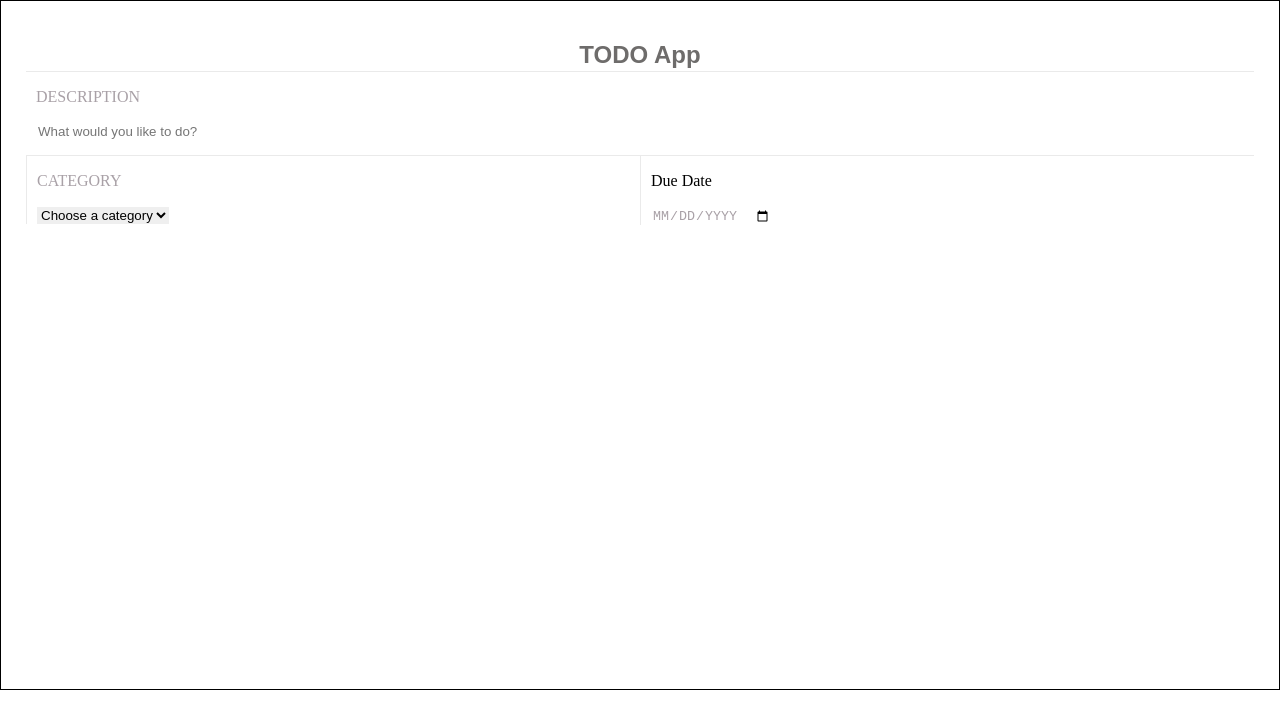
Repository: king-slayer97/TODO-App
Page: http://localhost/
These files come from the project's save history. The page is drawn as it stood at one moment and after the next save; the edit follows.
The browser window is 1280 px wide. The pictures show the whole page.
The page is served by the project's Node server (index.js).

Above is the page before, as saved 2022-08-15 17:32:56.

After the next save:
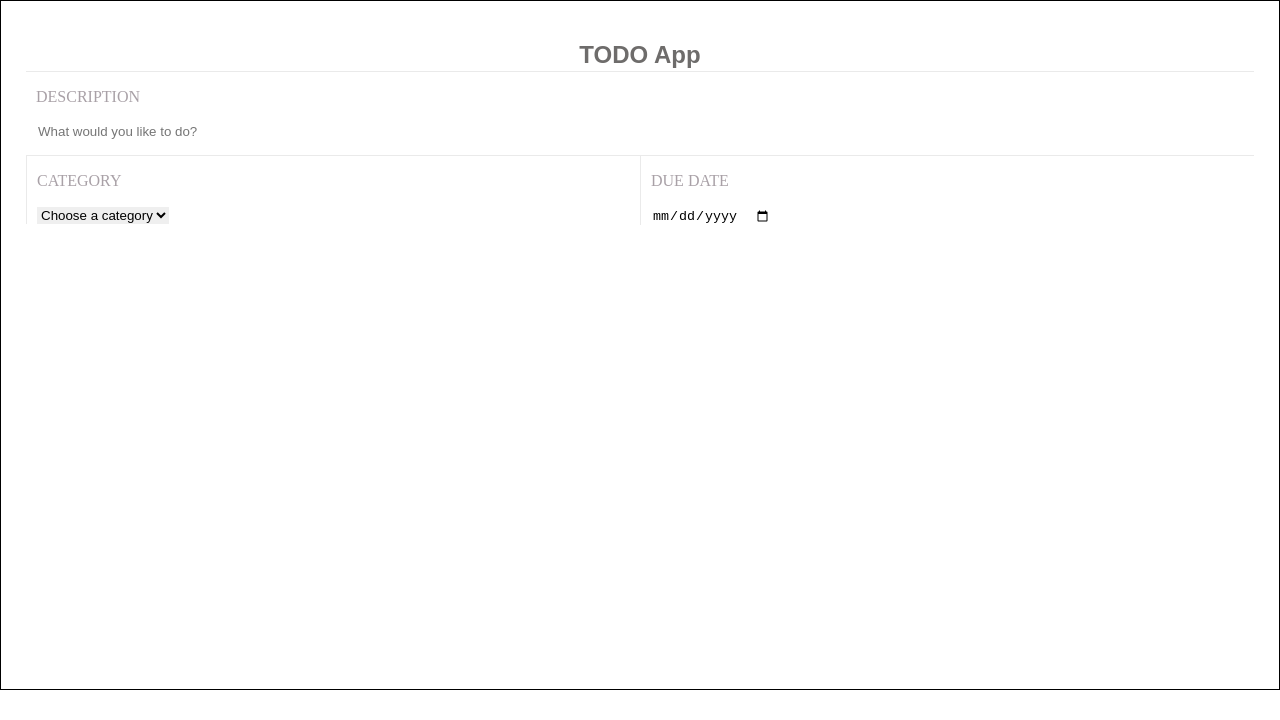
Saved 18 s later.
--- a/assets/css/home.css
+++ b/assets/css/home.css
@@ -33,7 +33,7 @@ body{
     padding-bottom: 15px;
 }
 
-.description p, .category p, .date input[type="date"]{
+.description p, .category p, .date p{
     color: #a9a1a7;
     text-transform: uppercase;
     /* background-color: pink; */
